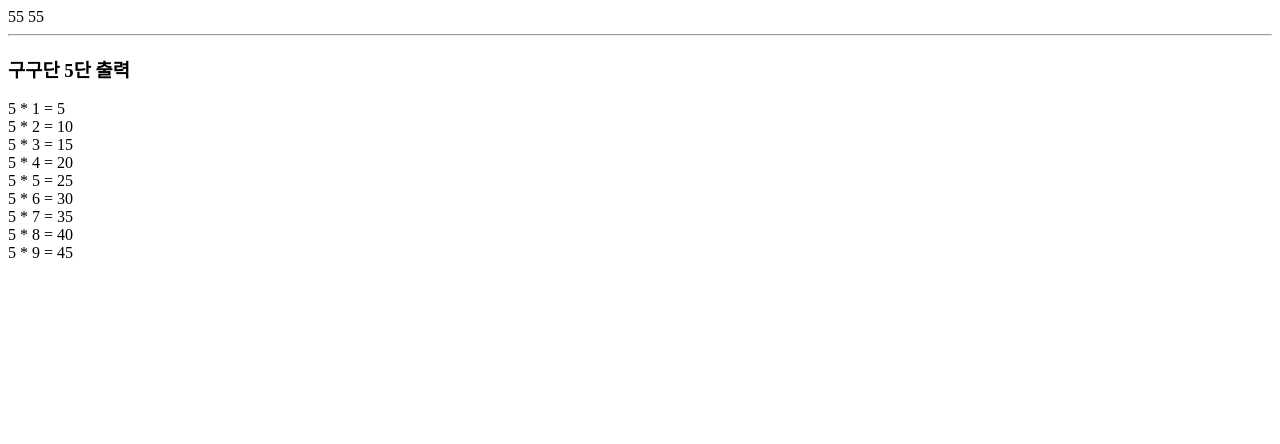
Repository: Muji1412/JSPstudy
Page: http://localhost/JSPbasic/jstl/jtsl_foreach.jsp
The author's editor kept a copy of each file at every save. The page is drawn from the files as they stood at one save, then again after the next save.
The browser window is 1280 px wide. The pictures show the whole page.
The page is served by Tomcat 9. Nobody is signed in. The application's start-up code is not run.

Above is the page before, as saved 2025-02-24 03:20:22.

After the next save:
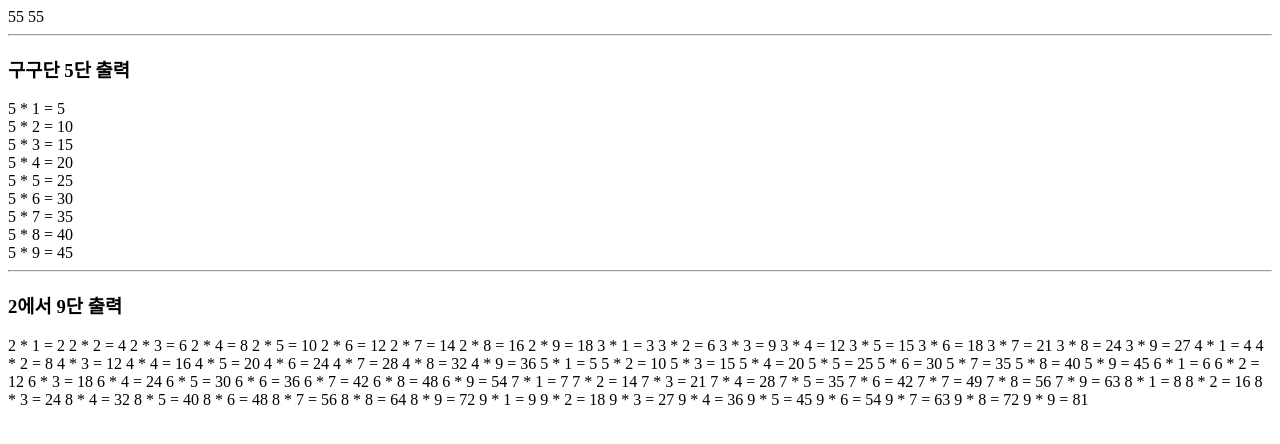
Saved 2 min 31 s later.
--- a/workspace/JSPbasic/src/main/webapp/jstl/jtsl_foreach.jsp
+++ b/workspace/JSPbasic/src/main/webapp/jstl/jtsl_foreach.jsp
@@ -39,7 +39,19 @@
 
 </c:forEach>
 
+<hr>
+<h3> 2에서 9단 출력 </h3>
 
+<c:forEach var = "i" begin = "2" end = "9" step = "1">
+	<c:forEach var = "j" begin = "1" end = "9" step = "1">
+		<c:out value = "${i }"/>
+		 *
+		<c:out value = "${j }"/>
+		 =
+		<c:out value="${i*j }"></c:out>
+
+	</c:forEach>
+</c:forEach>
 
 </body>
 </html>
